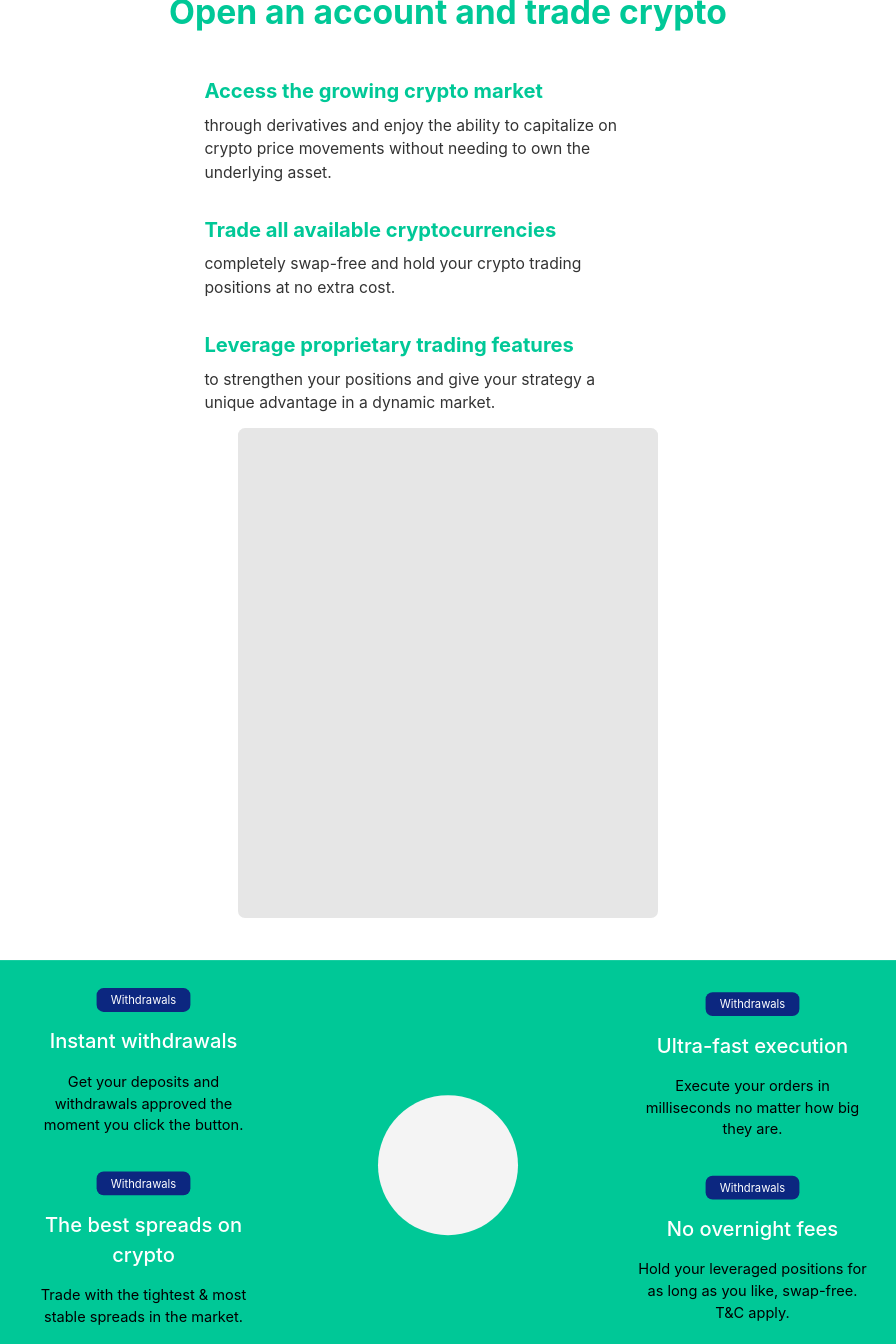
Repository: RevenewMarketing/Assex
Page: /atc
These files come from the project's save history. The page is drawn as it stood at one moment and after the next save; the edit follows.
The browser window is 1280 px wide. The pictures show the part of the page from y = 602 to 2522 px (the page is 6774 px tall), at 70% of full size.
The project was rebuilt for these pictures with package versions that can differ from the ones it lists, and the page was loaded fresh each time. Also part of the build but not shown: vite.config.ts, src/pages/home/sections/HeroSection.module.css, src/pages/home/sections/HeroSection.tsx, src/pages/home/sections/Section2.tsx, src/pages/home/sections/Section3.tsx, src/pages/home/sections/Section4.tsx, src/pages/home/sections/Section5.tsx, src/pages/home/sections/Section6.tsx and 19 more.

Above is the page before, as saved 2024-11-29 11:18:44.

After the next save:
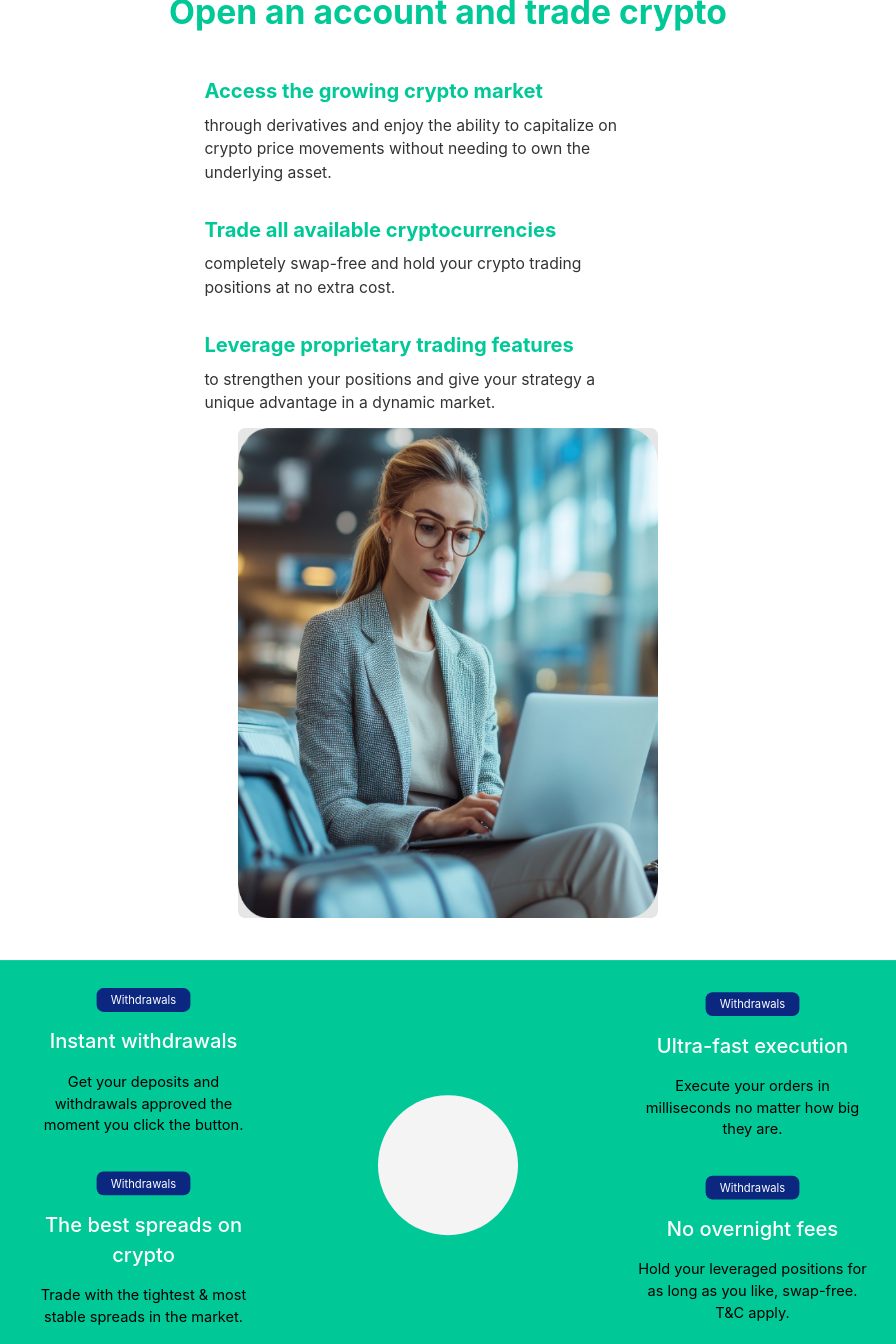
Saved 95 s later.
--- a/src/pages/account_type_crypto/sections/Section2.tsx
+++ b/src/pages/account_type_crypto/sections/Section2.tsx
@@ -1,5 +1,6 @@
 
 import styles from './Section2.module.css';
+import ladyLaptop from '../../../assets/pages/Crypto/2-section1-Ladylaptop.png';
 
 const textContent = {
   title: 'Open an account and trade crypto',
@@ -36,7 +37,7 @@
             </div>
           ))}
         </div>
-        <div className={styles.imagePlaceholder}></div>
+        <img className={styles.imagePlaceholder} src={ladyLaptop} />
       </div>
 
     </section>
